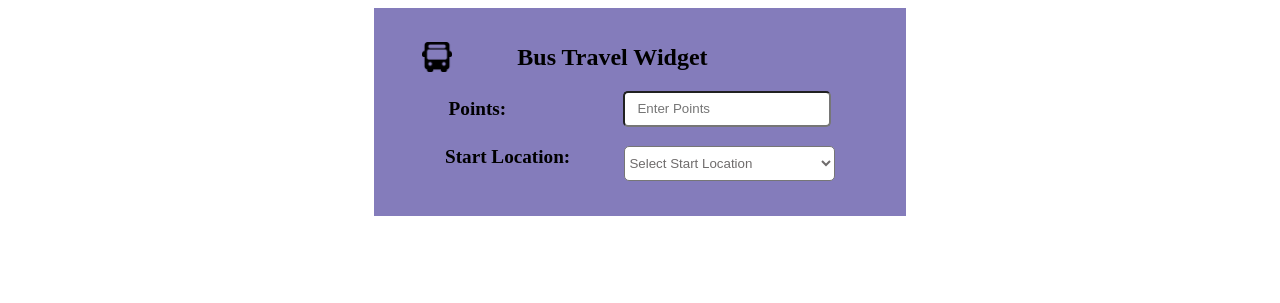
Repository: lasity34/bus_travel
Page: index.html
These files come from the project's save history. The page is drawn as it stood at one moment and after the next save; the edit follows.
The browser window is 1280 px wide. The pictures show the whole page.

Above is the page before, as saved 2023-05-31 10:24:45.

After the next save:
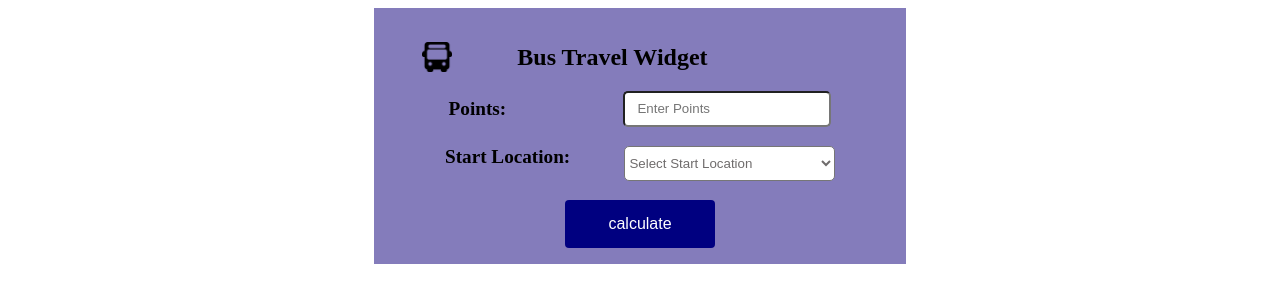
Saved 31 s later.
--- a/index.html
+++ b/index.html
@@ -29,6 +29,7 @@
         </select>
 
     </div>
+    <button class="calculate_btn">calculate</button>
     <script src="./bus_travel_factory.js"></script>
     <script src="./bus_travel.js"></script>
 </div>
